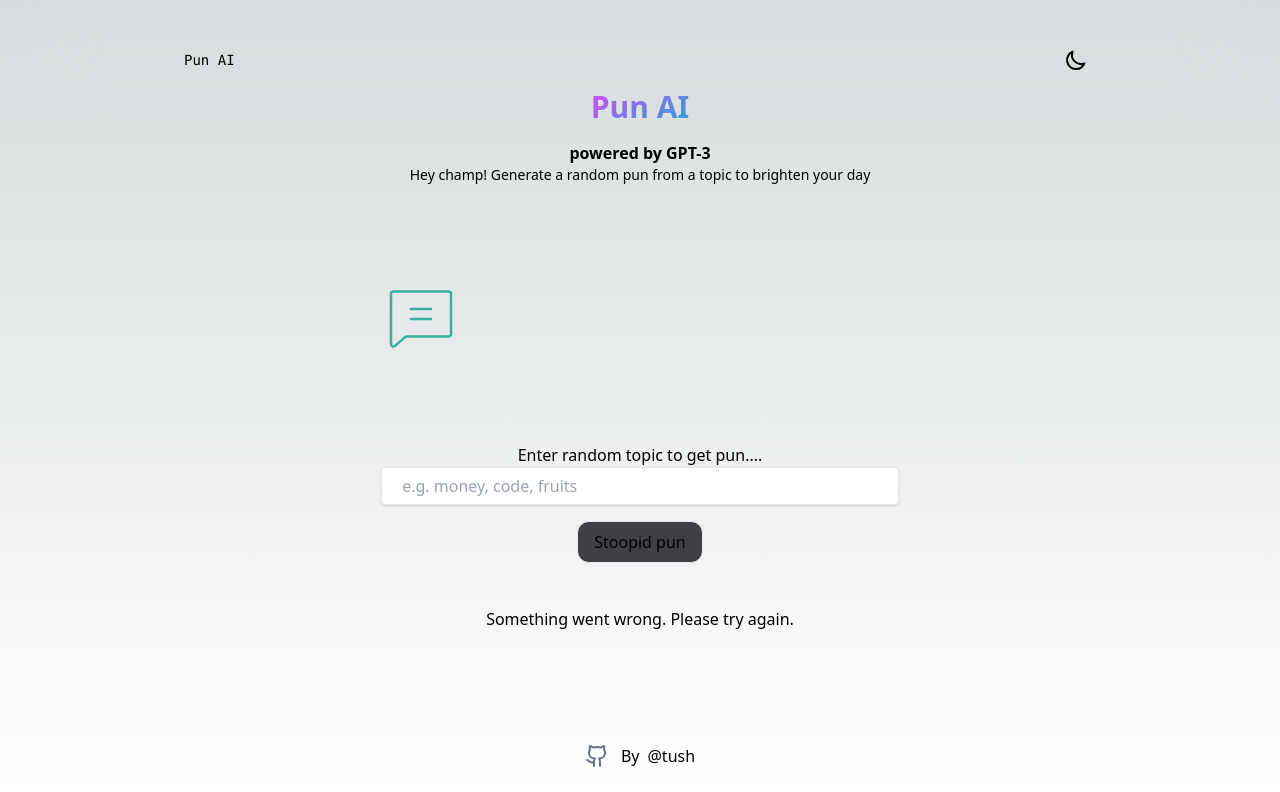
Repository: tushcmd/next-puns-ai
Page: /
An editor plug-in stored every save of this project. The page is shown before and after the next save, followed by the edit.
The browser window is 1280 px wide. The pictures show the whole page.
The project was rebuilt for these pictures with package versions that can differ from the ones it lists, and the page was loaded fresh each time. The framework's server and built-in components were replaced by stand-ins that run in the browser. Also part of the build but not shown: next.config.mjs, app/components/Spinner.tsx.

Above is the page before, as saved 2024-03-10 03:36:23.

After the next save:
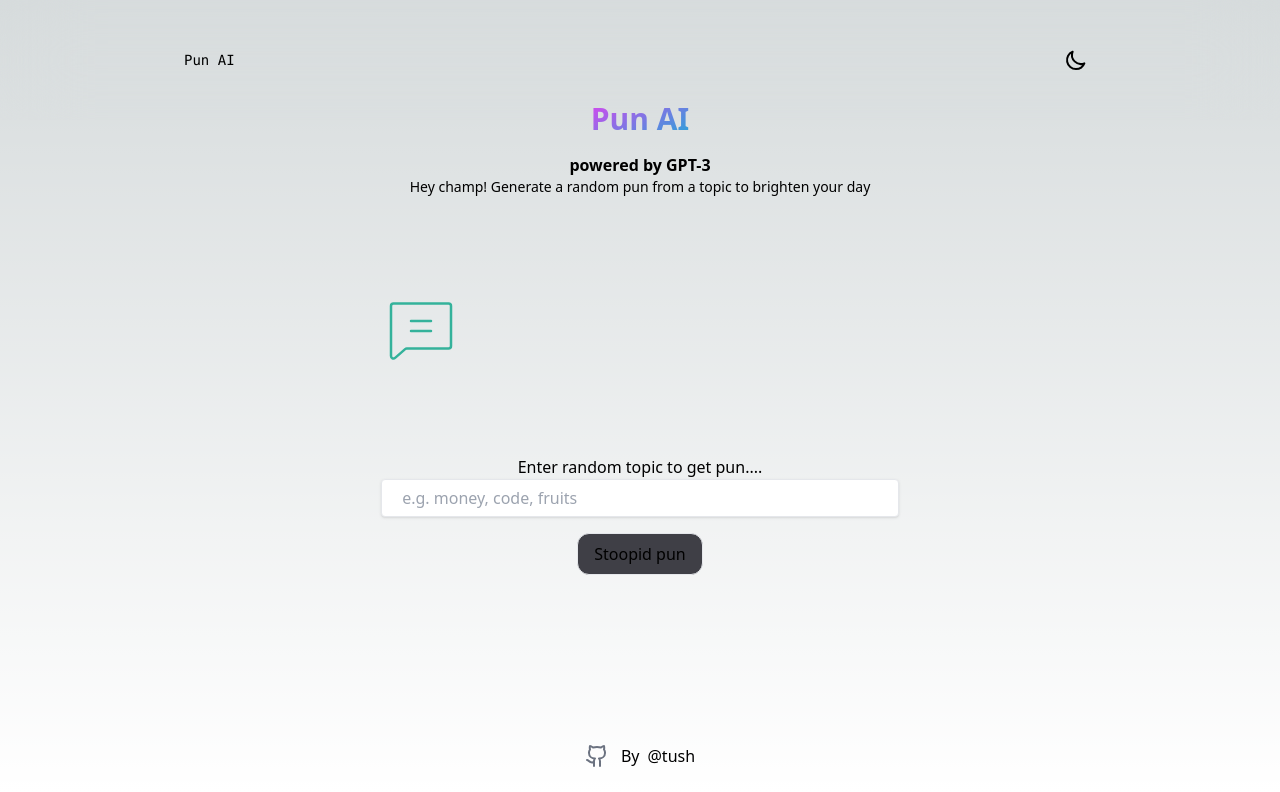
Saved 116 s later.
--- a/app/components/hero.tsx
+++ b/app/components/hero.tsx
@@ -8,7 +8,7 @@
 
     const [pun, setPun] = useState("");
     const [punLoading, setPunLoading] = useState(false);
-    const [punLoadingError, setPunLoadingError] = useState(true);
+    const [punLoadingError, setPunLoadingError] = useState(false);
 
     async function handleSubmit(e: FormEvent<HTMLFormElement>) {
         e.preventDefault();
